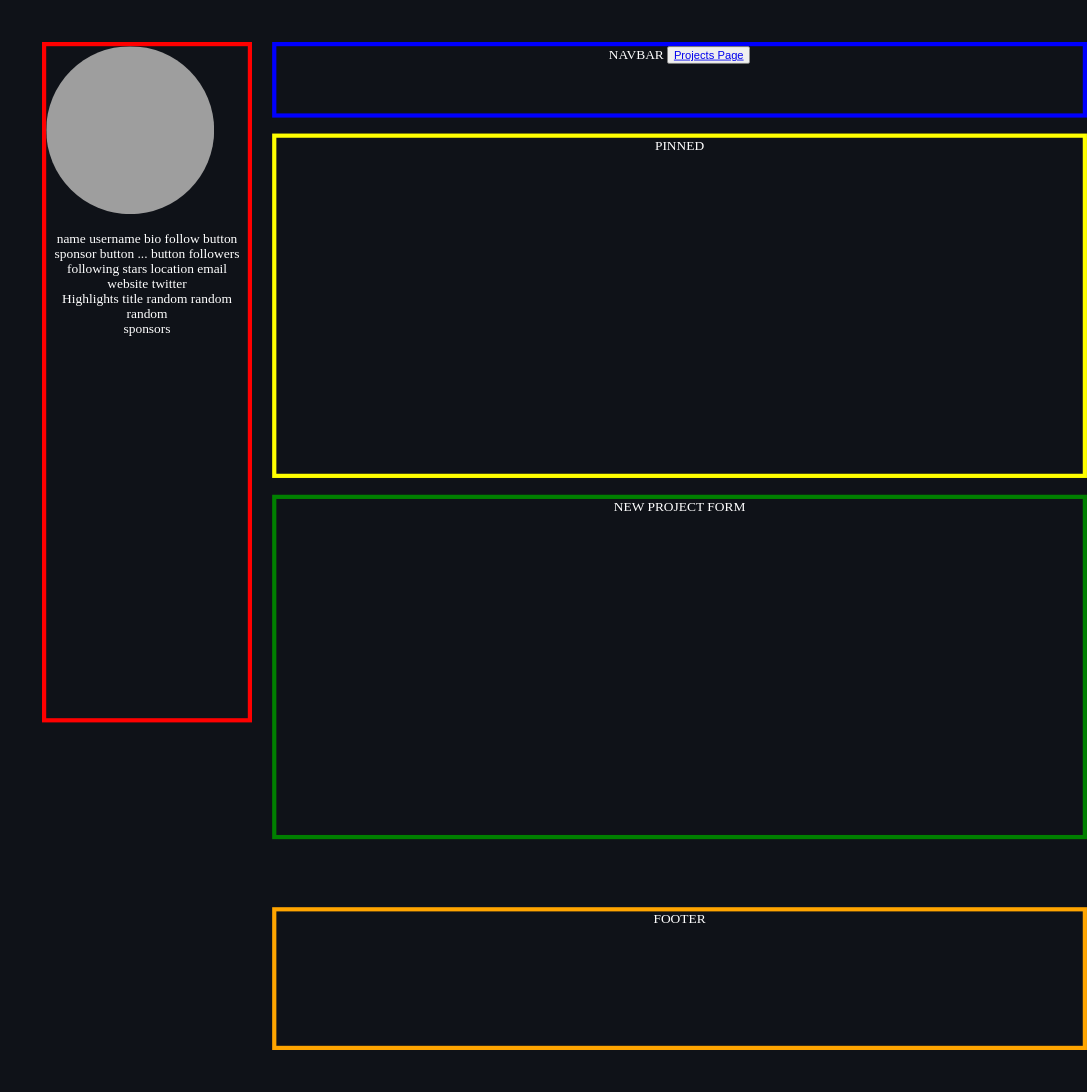
Repository: nss-evening-cohort-28/nss-evening-cohort-28-classroom-gitsub-Q1-project-gitsub
Page: index.html
An editor plug-in stored every save of this project. The page is shown before and after the next save, followed by the edit.
The browser window is 1280 px wide. The page is 1294 px wide, so the pictures cover 1294 px, including what lies to the right of the window. The pictures show the whole page, at 84% of full size.
Pictures or frames that could not be fetched are drawn as grey boxes.

Above is the page before, as saved 2024-08-07 19:27:07.

After the next save:
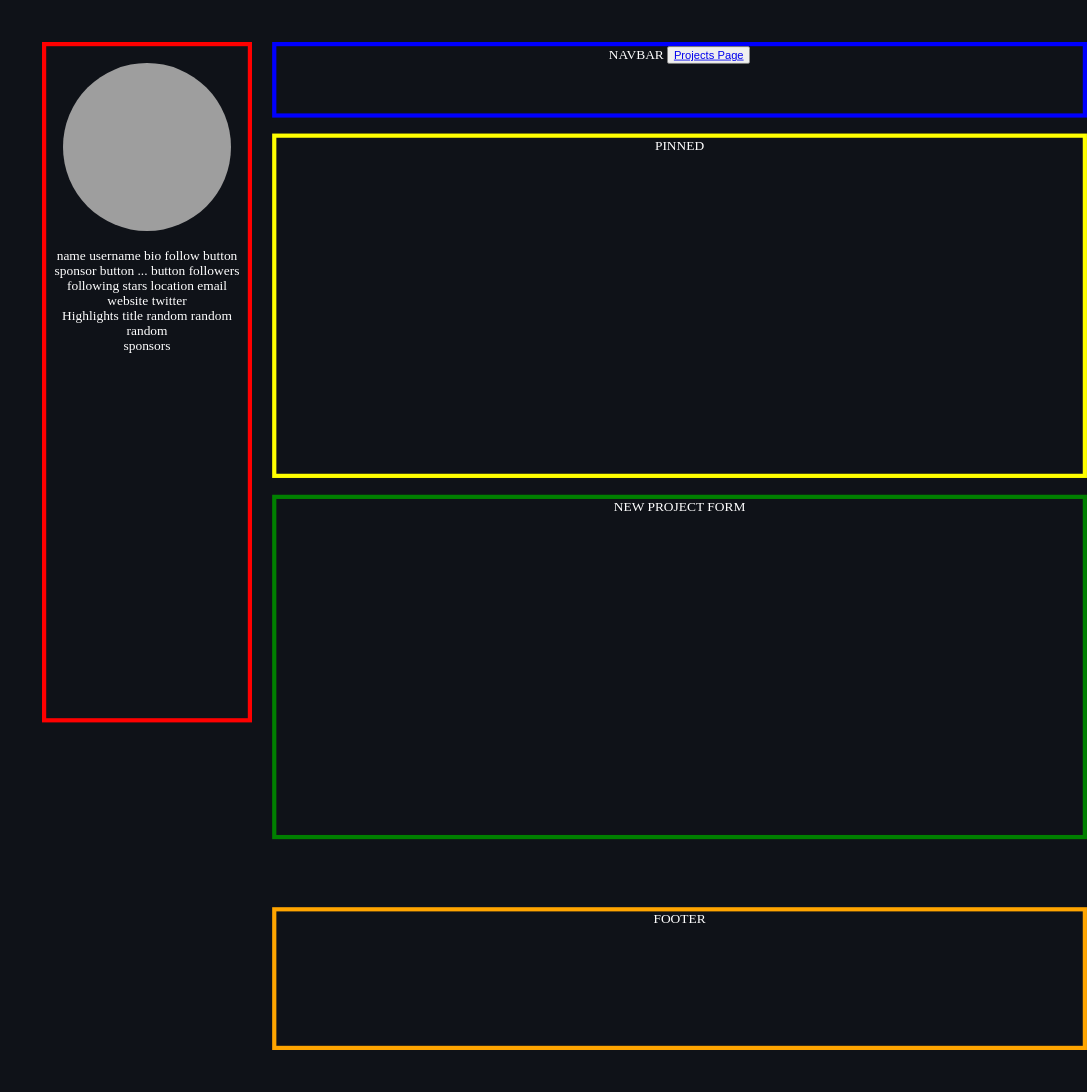
Saved 14 s later.
--- a/main.css
+++ b/main.css
@@ -69,7 +69,7 @@
     border-radius: 50%;
     height: 200px;
     width: 200px;
-    margin-bottom: 20px;
+    margin: 20px;
   }
 
 
